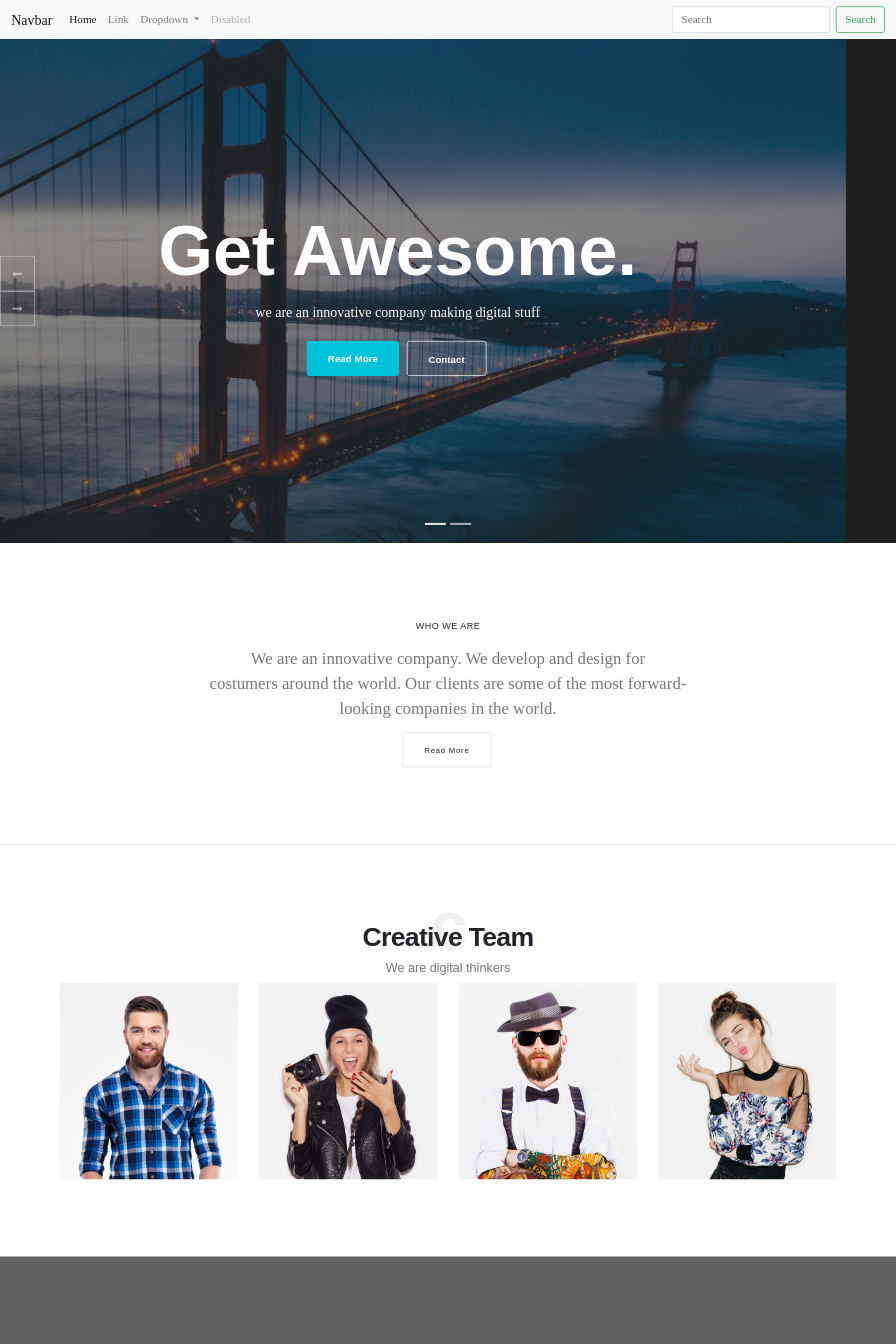
Repository: HodaHesham/BIZOL
Page: index.html
These files come from the project's save history. The page is drawn as it stood at one moment and after a run of saves; the edit follows.
The browser window is 1280 px wide. The pictures show the part of the page from y = 0 to 1920 px (the page is 4821 px tall before and 4765 px after), at 70% of full size.

Above is the page before, as saved 2020-11-14 12:16:22.

After the next 2 saves:
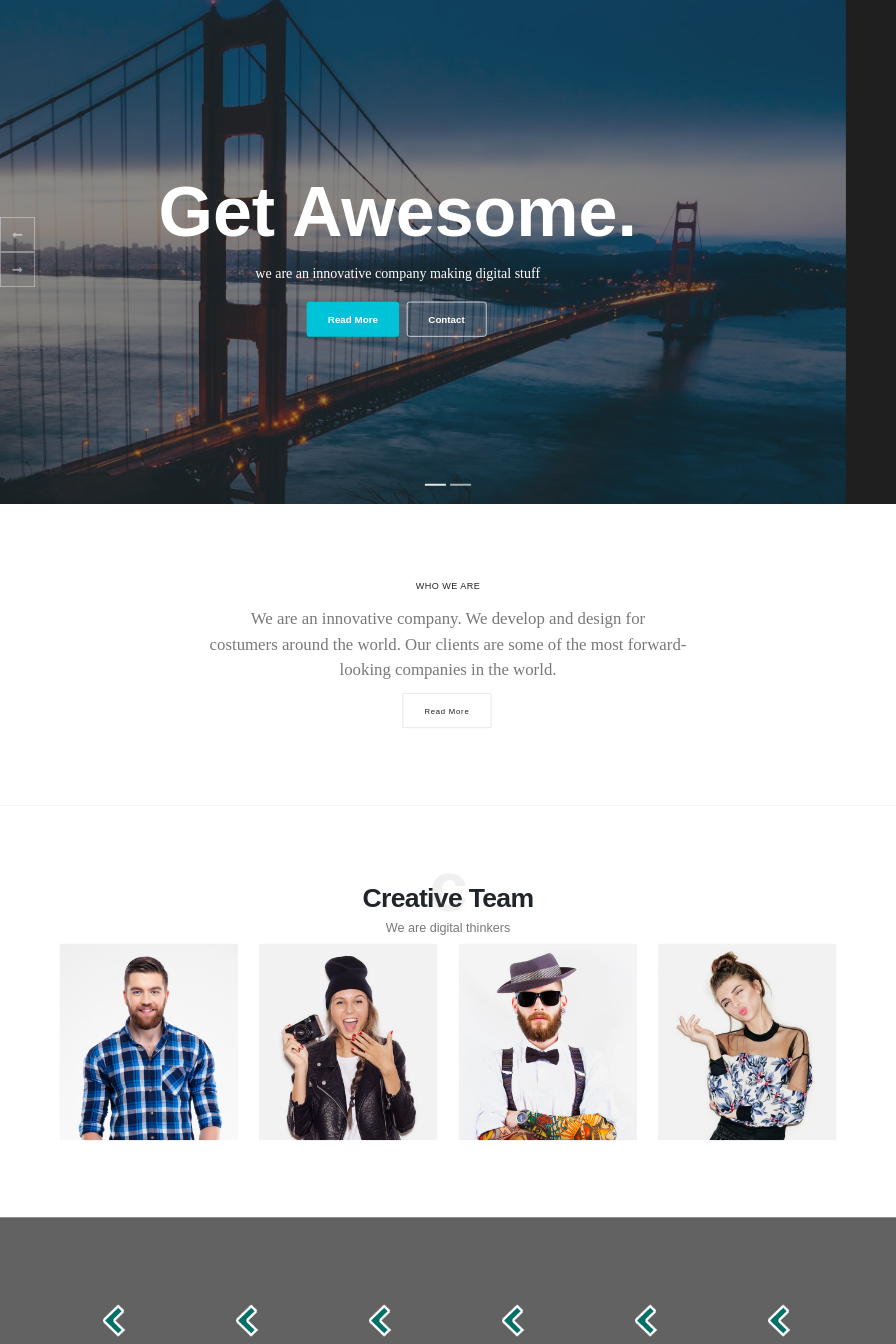
The 2 saves are shown as one change because they came seconds apart.
The last was saved 21 s later.
--- a/index.html
+++ b/index.html
@@ -15,41 +15,7 @@
 <body>
 
 
-    <nav class="navbar navbar-expand-lg navbar-light bg-light">
-        <a class="navbar-brand" href="#">Navbar</a>
-        <button class="navbar-toggler" type="button" data-toggle="collapse" data-target="#navbarSupportedContent" aria-controls="navbarSupportedContent" aria-expanded="false" aria-label="Toggle navigation">
-          <span class="navbar-toggler-icon"></span>
-        </button>
-
-        <div class="collapse navbar-collapse" id="navbarSupportedContent">
-          <ul class="navbar-nav mr-auto">
-            <li class="nav-item active">
-              <a class="nav-link" href="#">Home <span class="sr-only">(current)</span></a>
-            </li>
-            <li class="nav-item">
-              <a class="nav-link" href="#">Link</a>
-            </li>
-            <li class="nav-item dropdown">
-              <a class="nav-link dropdown-toggle" href="#" id="navbarDropdown" role="button" data-toggle="dropdown" aria-haspopup="true" aria-expanded="false">
-                Dropdown
-              </a>
-              <div class="dropdown-menu" aria-labelledby="navbarDropdown">
-                <a class="dropdown-item" href="#">Action</a>
-                <a class="dropdown-item" href="#">Another action</a>
-                <div class="dropdown-divider"></div>
-                <a class="dropdown-item" href="#">Something else here</a>
-              </div>
-            </li>
-            <li class="nav-item">
-              <a class="nav-link disabled" href="#">Disabled</a>
-            </li>
-          </ul>
-          <form class="form-inline my-2 my-lg-0">
-            <input class="form-control mr-sm-2" type="search" placeholder="Search" aria-label="Search">
-            <button class="btn btn-outline-success my-2 my-sm-0" type="submit">Search</button>
-          </form>
-        </div>
-      </nav>
+
 
 
     <!-- ////////////////////// header ///////////////////// -->
